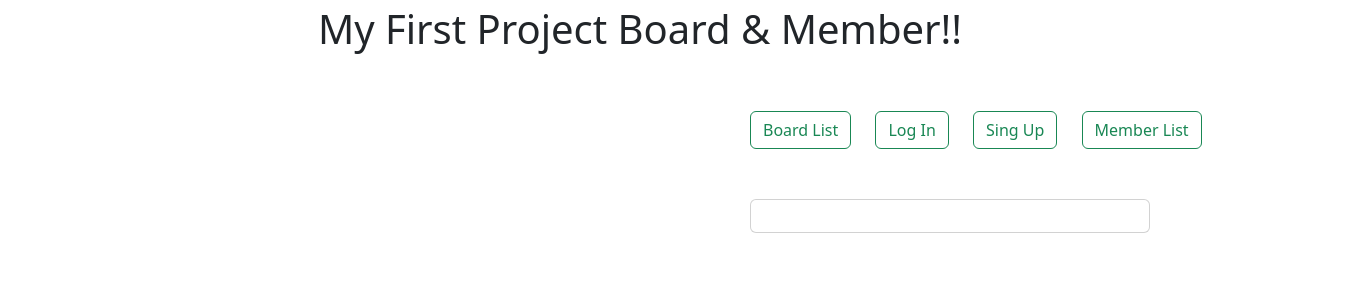
Repository: Raneechoi/java2022_09_03
Page: http://localhost/Project/mem/login_auth
These files come from the project's save history. The page is drawn as it stood at one moment and after the next save; the edit follows.
The browser window is 1280 px wide. The page is 1350 px wide, so the pictures cover 1350 px, including what lies to the right of the window. The pictures show the whole page.
The page is served by Tomcat 9. Other server files are loaded and not shown. Queries for data that is not in the repository find no rows.

Above is the page before, as saved 2022-12-08 06:12:25.

### JSP_Board&Member/Project/src/main/webapp/index.jsp
<%@ page language="java" contentType="text/html; charset=UTF-8"
    pageEncoding="UTF-8"%>
<%@ taglib uri="http://java.sun.com/jsp/jstl/core" prefix="c" %>
<!DOCTYPE html>
<html>
<head>
<meta charset="UTF-8">
<title>Insert title here</title>
<!-- CSS only -->
<link href="https://cdn.jsdelivr.net/npm/bootstrap@5.2.2/dist/css/bootstrap.min.css" rel="stylesheet" integrity="sha384-Zenh87qX5JnK2Jl0vWa8Ck2rdkQ2Bzep5IDxbcnCeuOxjzrPF/et3URy9Bv1WTRi" crossorigin="anonymous">
<!-- JavaScript Bundle with Popper -->
<script src="https://cdn.jsdelivr.net/npm/bootstrap@5.2.2/dist/js/bootstrap.bundle.min.js" integrity="sha384-OERcA2EqjJCMA+/3y+gxIOqMEjwtxJY7qPCqsdltbNJuaOe923+mo//f6V8Qbsw3" crossorigin="anonymous"></script>
</head>
<body>
<div style="margin-top: 5px">
	<h1 style="text-align: center;">My First Project Board & Member!!</h1>
</div>

<div style="width: 600px; display:inline-block; margin-left: 750px; margin-top: 50px;">
		<a href="/bor/pageList" style="margin-right: 20px"><button class="btn btn-outline-success">Board List</button></a>
		<a href="/mem/login" style="margin-right: 20px"><button class="btn btn-outline-success">Log In</button></a>
		<a href="/mem/join" style="margin-right: 20px"><button class="btn btn-outline-success">Sing Up</button></a>
		<a href="/mem/list" ><button class="btn btn-outline-success">Member List</button></a>
</div>

<div class="card" style="width: 400px; display:inline-flex; margin-left: 750px; margin-top: 50px; ">
	 <div class="card-body" style="text-align: center;">
		<c:if test="${ses.email ne null && ses.email ne '' }">
			${ses.email } login 하였습니다. <br>
			계정생성일 : ${ses.reg_at } <br>
			마지막 접속 : ${ses.last_login } <br>
			<a href="/mem/modify?email=${ses.email }"><button type="button" class="btn btn-success" style="margin-top: 20px">회원정보 수정</button></a>
			<a href="/mem/logout?email=${ses.email }"><button type="button" class="btn btn-secondary" style="margin-top: 20px">로그아웃</button></a><br>
		</c:if>

		<c:if test="${ses.email ne null && ses.email ne '' }">
			<a href="/bor/register" ><button class="btn btn-success" style="margin-top: 20px">Board Register</button></a>
			<a href="/bor/list"><button class="btn btn-success" style="margin-top: 20px">My Board List</button></a><br>
		</c:if>
	</div>
</div>

<div style="margin-left: 900px; margin-top: 50px; ">
	<c:if test="${ses.email ne null && ses.email ne '' }">
		<a href="/mem/remove?email=${ses.email }"><button class="btn btn-outline-secondary">회원탈퇴</button></a>
	</c:if>
</div>
</body>
</html>

### JSP_Board&Member/Project/src/main/java/controller/MemberController.java
package controller;

import java.io.IOException;
import java.util.List;

import javax.servlet.RequestDispatcher;
import javax.servlet.ServletException;
import javax.servlet.annotation.WebServlet;
import javax.servlet.http.HttpServlet;
import javax.servlet.http.HttpServletRequest;
import javax.servlet.http.HttpServletResponse;
import javax.servlet.http.HttpSession;

import org.slf4j.Logger;
import org.slf4j.LoggerFactory;

import domain.MemberVO;
import service.MemberService;
import service.MemberServiceImpl;


@WebServlet("/mem/*")
public class MemberController extends HttpServlet {
	private static final long serialVersionUID = 1L;
	private static final Logger log = LoggerFactory.getLogger(MemberController.class);
    private RequestDispatcher rdp;
    private String destPage; //목적지 주소 기록 변수
    private int isOK;

    private MemberService msv; // interface로 생성 - service패키지에

    public MemberController() {
    	msv = new MemberServiceImpl();
    }

	protected void service(HttpServletRequest req, HttpServletResponse res) throws ServletException, IOException {
		req.setCharacterEncoding("utf-8");
		res.setCharacterEncoding("utf-8");
		res.setContentType("text/html; charset=utf-8");

		String uri = req.getRequestURI();
		String path = uri.substring(uri.lastIndexOf("/")+1);

		log.info(">>> URI > "+uri);
		log.info(">>> Path > "+path);
		switch (path) {
		case "login":
			destPage = "/member/login.jsp";
			break;

		case "login_auth":
			try {
				MemberVO mvo = msv.login(
						new MemberVO(
								req.getParameter("email"),
								req.getParameter("pwd")
								));
				log.info("login 객체 input");
				if(mvo != null) {
					//세션 가져오기. 연결된 세션이 없다면 새로 생성
					HttpSession ses = req.getSession();
					//ses로 mvo를 바인딩
					ses.setAttribute("ses", mvo);
					ses.setMaxInactiveInterval(10*60);  // 로그인 유지시간(10분)
				}else {
					req.setAttribute("msg_login", 0);
				}
				destPage="/";

			} catch (Exception e) {
				// TODO: handle exception
				e.printStackTrace();
			}
			break;

		case "join":
			try {
				destPage = "/member/join.jsp";
			} catch (Exception e) {
				e.printStackTrace();
			}
			break;

		case "register":
			isOK = msv.register(new MemberVO(
					req.getParameter("email"),
					req.getParameter("pwd"),
					req.getParameter("nick_name")
					));
			log.info(">>> join > "+(isOK > 0 ?"ok" :"fail"));
			destPage="login";
			break;

		case "logout":
			// 연결된 세션이 있다면 해당 세션을 가져오기
			try {
				HttpSession ses = req.getSession();
				ses.invalidate();  // 세션 끊기
				// 로그인된 email을 주고 로그인 시간 update
				isOK = msv.lastLogin(req.getParameter("email"));
				log.info(">>> lastLogin > "+(isOK > 0 ?"ok" :"fail"));
				destPage="/index.jsp";
			} catch (Exception e) {
				e.printStackTrace();
			}
			break;

		case "list":
			try {
				List<MemberVO> list = msv.getlist();
				req.setAttribute("list", list);
				destPage="/member/list.jsp";
			} catch (Exception e) {
				e.printStackTrace();
			}
			break;

		case "modify":
			try {
				log.info("modify check 1");
				MemberVO mvo = msv.selectOne(req.getParameter("email"));
				req.setAttribute("mvo", mvo);

				log.info("modify check 2");
				destPage = "/member/update.jsp";
			} catch (Exception e) {
				e.printStackTrace();
			}
			break;

		case "update":
			try {
				MemberVO mvo = new MemberVO(req.getParameter("email"), req.getParameter("pwd"), req.getParameter("nick_name"));
				int isOk = msv.update(mvo);
				destPage = "/";
			} catch (Exception e) {
				e.printStackTrace();
			}
			break;

		case "remove":
			try {
				HttpSession ses = req.getSession();
				ses.invalidate();  // 세션 끊기
				// 로그인된 email을 주고 로그인 시간 update
				isOK = msv.remove(req.getParameter("email"));
				log.info(">>> remove > "+(isOK > 0 ?"ok" :"fail"));
				destPage="/";

			} catch (Exception e) {
				e.printStackTrace();
			}
			break;

		default:
			break;
		}
		// 목적지 주소 값 세팅
		rdp = req.getRequestDispatcher(destPage);
		// 정보 싣고 보내기
		rdp.forward(req, res);
	}

	protected void doGet(HttpServletRequest req, HttpServletResponse res) throws ServletException, IOException {
		service(req, res);
	}

	protected void doPost(HttpServletRequest req, HttpServletResponse res) throws ServletException, IOException {
		service(req, res);
	}
}

### JSP_Board&Member/Project/src/main/java/service/MemberServiceImpl.java
package service;

import java.util.List;

import org.slf4j.Logger;
import org.slf4j.LoggerFactory;

import controller.MemberController;
import domain.MemberVO;
import repository.MemberDAO;
import repository.MemberDAOImpl;

public class MemberServiceImpl implements MemberService {

	private MemberDAO mdao;
	private static final Logger log = LoggerFactory.getLogger(MemberController.class);

	public MemberServiceImpl() {
		mdao = new MemberDAOImpl();
	}

	@Override
	public MemberVO login(MemberVO mvo) {
		log.info("login check 2");
		return mdao.selectOne(mvo);
	}

	@Override
	public int register(MemberVO mvo) {
		log.info("register check 2");
		return mdao.insert(mvo);
	}

	@Override
	public int lastLogin(String email) {
		log.info("lastLogin check 2");
		return mdao.update(email);
	}

	@Override
	public List<MemberVO> getlist() {
		log.info("list check 2");
		return mdao.listall();
	}

	@Override
	public int modify(MemberVO mvo) {
		log.info("modify check 2");
		return mdao.update(mvo);
	}

	@Override
	public MemberVO selectOne(String email) {
		// TODO Auto-generated method stub
		return mdao.selectOne(email);
	}

	@Override
	public int update(MemberVO mvo) {
		// TODO Auto-generated method stub
		return mdao.update(mvo);
	}

	@Override
	public int remove(String email) {
		// TODO Auto-generated method stub
		return mdao.remove(email);
	}
}

### JSP_Board&Member/Project/src/main/java/repository/MemberDAO.java
package repository;

import java.util.List;

import domain.MemberVO;

public interface MemberDAO {

	MemberVO selectOne(MemberVO mvo);

	int insert(MemberVO mvo);

	int update(String email);

	List<MemberVO> listall();

	int update(MemberVO mvo);

	MemberVO selectOne(String email);

	int remove(String email);

}

### JSP_Board&Member/Project/src/main/java/repository/MemberDAOImpl.java
package repository;

import java.util.List;

import org.apache.ibatis.session.SqlSession;
import org.slf4j.Logger;
import org.slf4j.LoggerFactory;

import domain.MemberVO;
import orm.DatabaseBuilder;

public class MemberDAOImpl implements MemberDAO {

	private static final Logger log = LoggerFactory.getLogger(MemberDAOImpl.class);
	private SqlSession sql;
	private final String NS = "MemberMapper.";

	public MemberDAOImpl() {
		new DatabaseBuilder();
		sql = DatabaseBuilder.getFactory().openSession();
	}

	@Override
	public MemberVO selectOne(MemberVO mvo) {
		log.info("login check 3");
		return sql.selectOne(NS+"login",mvo);
	}

	@Override
	public int insert(MemberVO mvo) {
		log.info("join check 3");
		int isOK = sql.insert(NS+"reg",mvo);
		if(isOK > 0) {
			sql.commit();
		}
		return isOK;
	}

	@Override
	public int update(String email) {
		log.info("lastLogin check 3");
		int isOK = sql.update(NS+"last", email);
		if(isOK > 0) sql.commit();
		return isOK;
	}

	@Override
	public List<MemberVO> listall() {
		log.info("list check 3");
		return sql.selectList(NS+"list");
	}

	@Override
	public int update(MemberVO mvo) {
		log.info("modify check 3");
		int isOK = sql.update(NS+"modify",mvo);
		if(isOK > 0) sql.commit();
		return isOK;
	}

	@Override
	public MemberVO selectOne(String email) {
		// TODO Auto-generated method stub
		return sql.selectOne(NS+"getOne", email);
	}

	@Override
	public int remove(String email) {
		// TODO Auto-generated method stub
		int isOK = sql.delete(NS+"remove",email);
		if(isOK > 0) sql.commit();
		return isOK;
	}

}

### JSP_Board&Member/Project/src/main/java/orm/DatabaseBuilder.java
package orm;

import org.apache.ibatis.io.Resources;
import org.apache.ibatis.session.SqlSessionFactory;
import org.apache.ibatis.session.SqlSessionFactoryBuilder;

public class DatabaseBuilder {

	private static SqlSessionFactory factory;

	static {
		try {
			factory = new SqlSessionFactoryBuilder()
					.build(Resources.getResourceAsReader("orm/MybatisConfig.xml"));
		} catch (Exception e) {
			e.printStackTrace();
		}
	}

	public static SqlSessionFactory getFactory() {
		return factory;
	}

}

### JSP_Board&Member/Project/src/main/java/domain/MemberVO.java
package domain;

public class MemberVO {

	private String email;
	private String pwd;
	private String nick_name;
	private String reg_at;
	private String last_login;

	public MemberVO() {}

	//login : email, pwd
	public  MemberVO(String email, String pwd) {
		this.email = email;
		this.pwd = pwd;
	}

	// join,modify : email, pwd, nick_name
	public MemberVO(String email, String pwd, String nick_name) {
		this.email = email;
		this.pwd = pwd;
		this.nick_name = nick_name;
	}

	// list : all
	public MemberVO(String email, String pwd, String nick_name, String reg_at, String last_login) {
		this.email = email;
		this.pwd = pwd;
		this.nick_name = nick_name;
		this.reg_at = reg_at;
		this.reg_at = last_login;
	}

	public String getEmail() {
		return email;
	}

	public void setEmail(String email) {
		this.email = email;
	}

	public String getPwd() {
		return pwd;
	}

	public void setPwd(String pwd) {
		this.pwd = pwd;
	}

	public String getNick_name() {
		return nick_name;
	}

	public void setNick_name(String nick_name) {
		this.nick_name = nick_name;
	}

	public String getReg_at() {
		return reg_at;
	}

	public void setReg_at(String reg_at) {
		this.reg_at = reg_at;
	}

	public String getLast_login() {
		return last_login;
	}

	public void setLast_login(String last_login) {
		this.last_login = last_login;
	}

}

### JSP_Board&Member/Project/src/main/java/domain/BoardVO.java
package domain;

public class BoardVO {

	private int bno;
	private String title;
	private String writer;
	private String content;
	private String reg_date;
	private int read_count;
	private String image_file;

	public BoardVO() {}

	// insert(title, writer, content)
	public BoardVO(String title, String writer, String content) {
		this.title = title;
		this.writer = writer;
		this.content = content;
	}

	// list(bno, title, writer, reg_date, read_count)
	public BoardVO(int bno, String title, String writer, String reg_date, int read_count) {
		this.bno = bno;
		this.title = title;
		this.writer = writer;
		this.reg_date = reg_date;
		this.read_count = read_count;
	}

	// detail (all)
	public BoardVO(int bno, String title, String writer, String content, String reg_date, int read_count, String image_file) {
		this.bno = bno;
		this.title = title;
		this.writer = writer;
		this.content = content;
		this.reg_date = reg_date;
		this.read_count = read_count;
		this.image_file = image_file;
	}

	// update(bno, title, content)
	public BoardVO(int bno, String title, String content) {
		this.bno = bno;
		this.title = title;
		this.content = content;
	}

	//(bno, read_count)
	public BoardVO(int bno, int read_count) {
		this.bno = bno;
		this.read_count = read_count;
	}

	public int getBno() {
		return bno;
	}

	public void setBno(int bno) {
		this.bno = bno;
	}

	public String getTitle() {
		return title;
	}

	public void setTitle(String title) {
		this.title = title;
	}

	public String getWriter() {
		return writer;
	}

	public void setWriter(String writer) {
		this.writer = writer;
	}

	public String getContent() {
		return content;
	}

	public void setContent(String content) {
		this.content = content;
	}

	public String getReg_date() {
		return reg_date;
	}

	public void setReg_date(String reg_date) {
		this.reg_date = reg_date;
	}

	public int getRead_count() {
		return read_count;
	}

	public void setRead_count(int read_count) {
		this.read_count = read_count;
	}

	public String getImage_file() {
		return image_file;
	}

	public void setImage_file(String image_file) {
		this.image_file = image_file;
	}

}

### JSP_Board&Member/Project/src/main/java/domain/PagingVO.java
package domain;

public class PagingVO {

	private int pageNo;  // 현재 화면에 출력되는 페이지네이션 번호
	private int qty;     // 한 페이지당 보여줄 게시글 수

	public PagingVO() {  // 페이지네이션을 클릭하기 전 기본 리스트 출력 값
		this(1,10);
	}

	public PagingVO(int pageNo, int qty) {
		this.pageNo = pageNo;
		this.qty = qty;
	}

	public int getPageStart() {
		return (this.pageNo-1)*qty;   // 시작페이지 번호 구하기
	}

	public int getPageNo() {
		return pageNo;
	}

	public void setPageNo(int pageNo) {
		this.pageNo = pageNo;
	}

	public int getQty() {
		return qty;
	}

	public void setQty(int qty) {
		this.qty = qty;
	}


}

### JSP_Board&Member/Project/src/main/java/domain/CommentVO.java
package domain;

public class CommentVO {

	private int cno;
	private int bno;
	private String writer;
	private String content;
	private String reg_at;

	public CommentVO() { }

	// post(bno, writer, content)
	public CommentVO(int bno, String writer, String content) {
		this.bno = bno;
		this.writer = writer;
		this.content = content;
	}

	// modify
	public CommentVO(int cno, String content) {
		this.cno = cno;
		this.content = content;
	}

	// list(bno, cno, writer, content, reg_at)
	public CommentVO(int cno, int bno, String writer, String content, String reg_at) {
		this.cno = cno;
		this.bno = bno;
		this.writer = writer;
		this.content = content;
		this.reg_at = reg_at;
	}

	public int getCno() {
		return cno;
	}

	public void setCno(int cno) {
		this.cno = cno;
	}

	public int getBno() {
		return bno;
	}

	public void setBno(int bno) {
		this.bno = bno;
	}

	public String getWriter() {
		return writer;
	}

	public void setWriter(String writer) {
		this.writer = writer;
	}

	public String getContent() {
		return content;
	}

	public void setContent(String content) {
		this.content = content;
	}

	public String getReg_at() {
		return reg_at;
	}

	public void setReg_at(String reg_at) {
		this.reg_at = reg_at;
	}


}

After the next save:
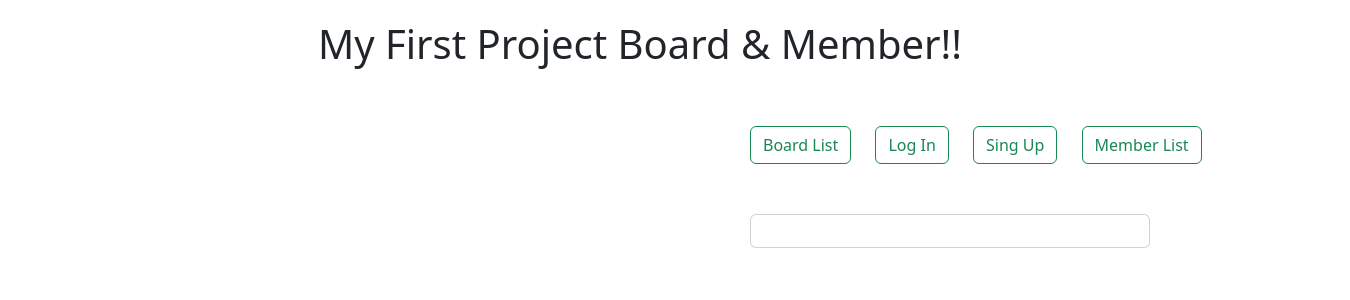
Saved 13 s later.
--- a/JSP_Board&Member/Project/src/main/webapp/index.jsp
+++ b/JSP_Board&Member/Project/src/main/webapp/index.jsp
@@ -12,7 +12,7 @@
 <script src="https://cdn.jsdelivr.net/npm/bootstrap@5.2.2/dist/js/bootstrap.bundle.min.js" integrity="sha384-OERcA2EqjJCMA+/3y+gxIOqMEjwtxJY7qPCqsdltbNJuaOe923+mo//f6V8Qbsw3" crossorigin="anonymous"></script>
 </head>
 <body>
-<div style="margin-top: 5px">
+<div style="margin-top: 20px">
 	<h1 style="text-align: center;">My First Project Board & Member!!</h1>
 </div>
 
